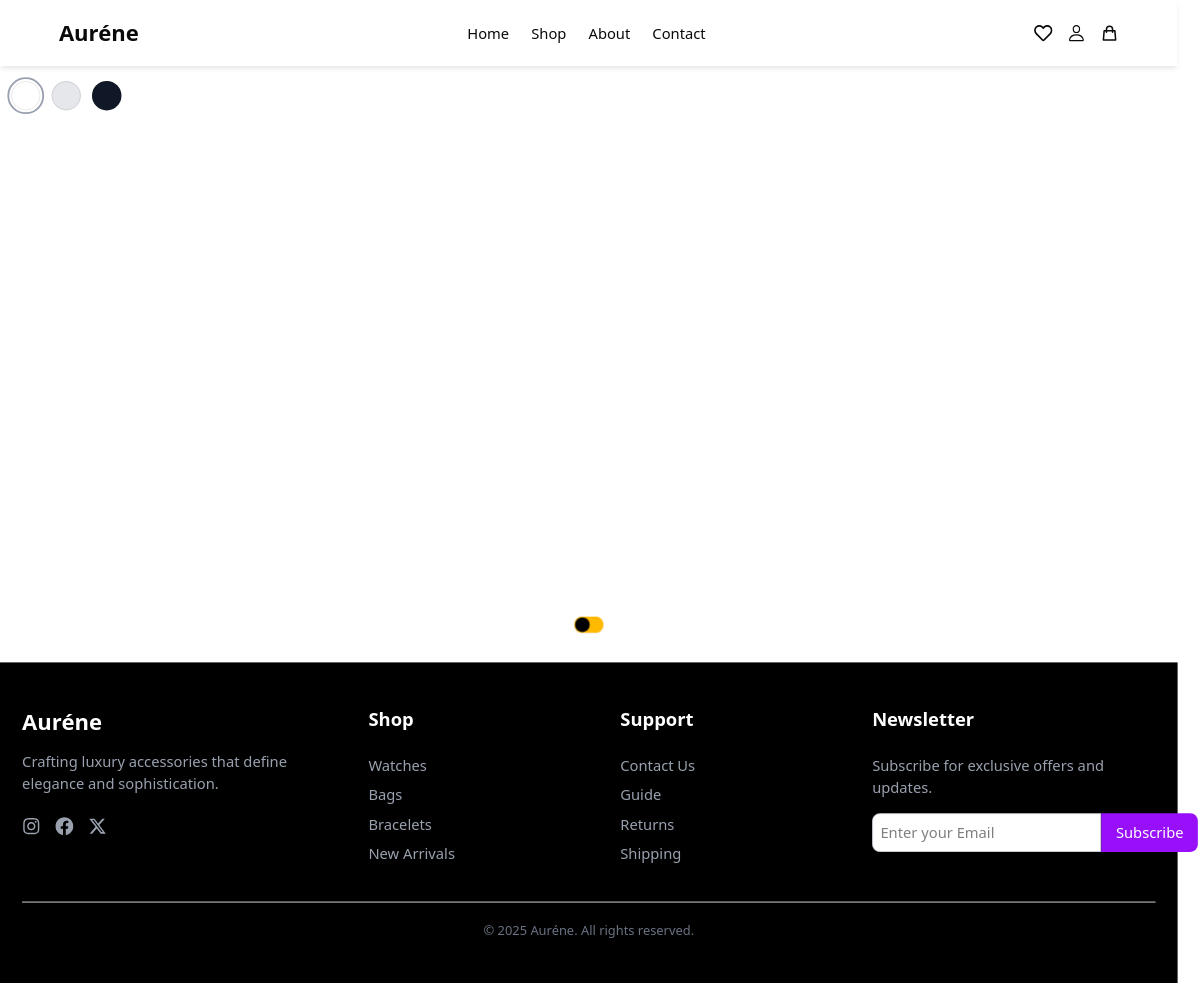
Repository: oehab30/Aur-ne-e-commerce-
Page: /Wishlist
These files come from the project's save history. The page is drawn as it stood at one moment and after the next save; the edit follows.
The browser window is 1280 px wide. The page is 1302 px wide, so the pictures cover 1302 px, including what lies to the right of the window. The pictures show the whole page, at 92% of full size.
The project was rebuilt for these pictures with package versions that can differ from the ones it lists, and the page was loaded fresh each time. Also part of the build but not shown: src/components/home-page/Hero.tsx, src/components/home-page/Hotoffers.tsx, src/components/home-page/Dontmiss.tsx, src/components/home-page/Featuredcollection.tsx, src/components/home-page/BestSellers.tsx, src/components/home-page/Summercollection.tsx, src/pages/Home.tsx, src/components/common/Categories.tsx and 7 more.

Above is the page before, as saved 2025-11-26 18:53:10.

After the next save:
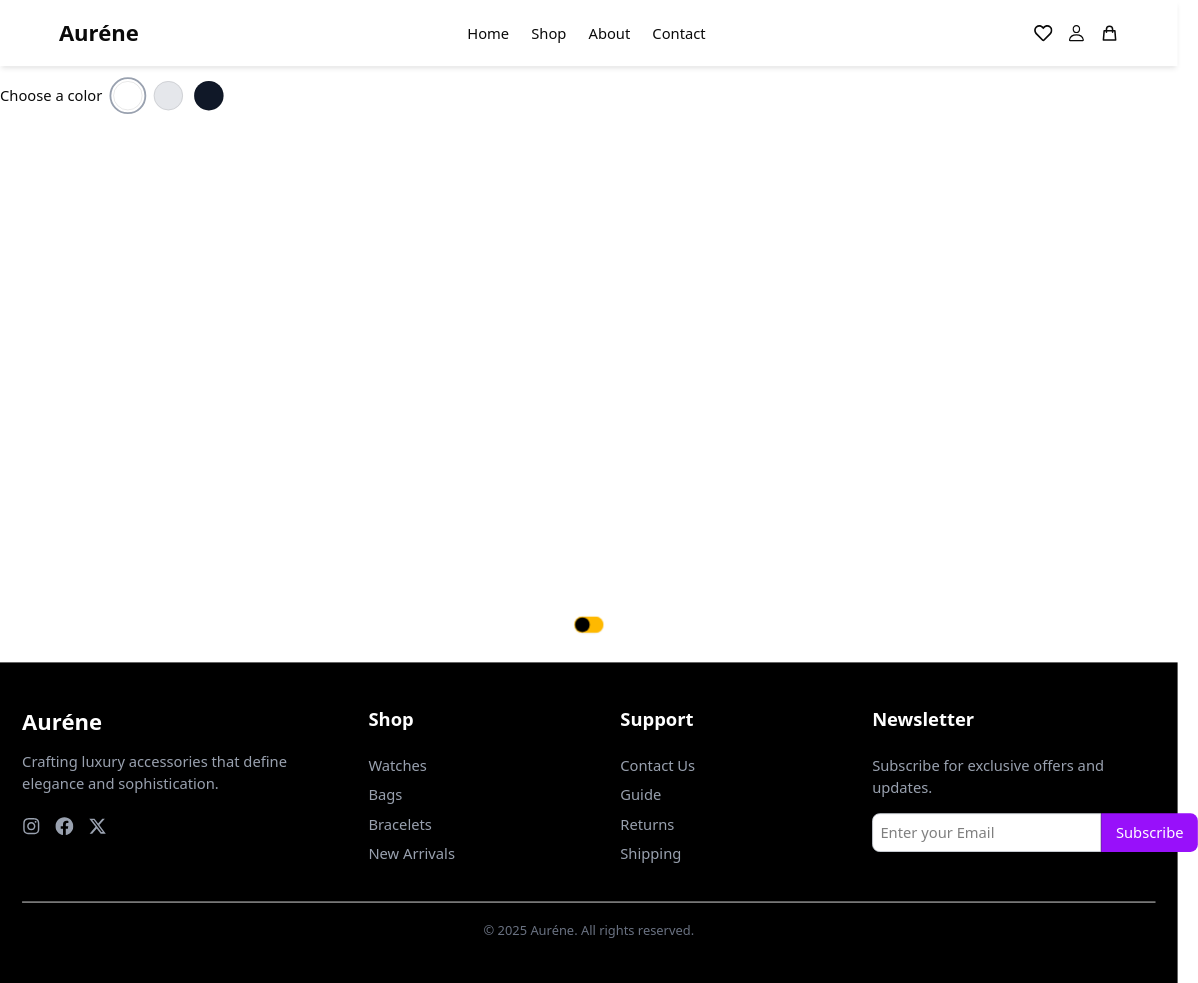
Saved 7 s later.
--- a/src/components/Shop-page/color.tsx
+++ b/src/components/Shop-page/color.tsx
@@ -13,7 +13,7 @@ function Color() {
   return (
     <fieldset aria-label="Choose a color" className="mt-4 ">
       <div className="flex items-center gap-x-3">
-        <h1></h1>
+        <h1>Choose a color</h1>
         {product.colors.map((color, index) => (
           <div
             key={color.id}
